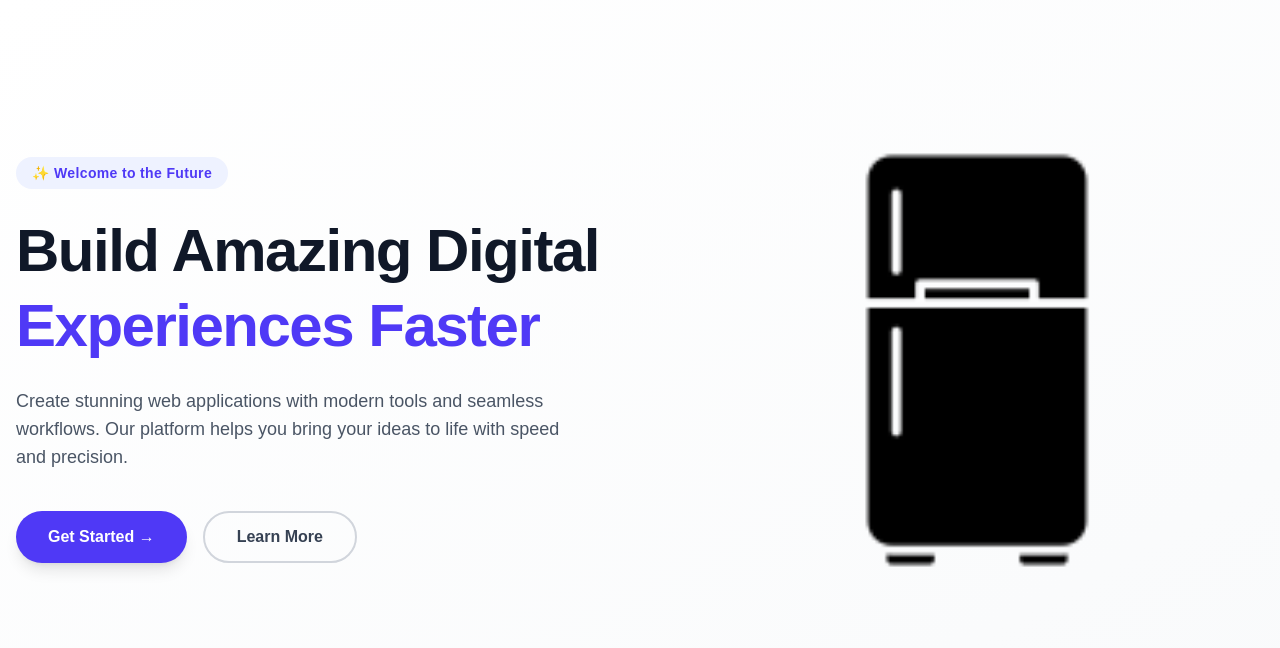
Repository: deepak445566/repai
Page: / (app in repair/)
The author's editor kept a copy of each file at every save. The page is drawn from the files as they stood at one save, then again after the next save.
The browser window is 1280 px wide. The pictures show the whole page.
Some web fonts or font styles are not loaded; a fallback is used. The project was rebuilt for these pictures with package versions that can differ from the ones it lists, and the page was loaded fresh each time. The framework's server and built-in components were replaced by stand-ins that run in the browser. Also part of the build but not shown: repair/next.config.mjs.

Above is the page before, as saved 2026-04-15 11:37:50.

### repair/src/app/layout.js
import { Geist, Geist_Mono, Parkinsans } from "next/font/google";
import "./globals.css";

const geistSans = Geist({
  variable: "--font-geist-sans",
  subsets: ["latin"],
});

const geistMono = Geist_Mono({
  variable: "--font-geist-mono",
  subsets: ["latin"],
});
const parkinsans = Parkinsans({
  subsets: ['latin'],
  weight: ['300', '400', '500', '600', '700', '800'],
  variable: '--font-parkinsans',  // ✅ variable name add kiya
});


export const metadata = {
  title: "Create Next App",
  description: "Generated by create next app",
};

export default function RootLayout({ children }) {
  return (
    <html
      lang="en"
      className={`${geistSans.variable} ${geistMono.variable} ${parkinsans.variable}h-full antialiased`}
    >
      <body className="min-h-full flex flex-col">{children}</body>
    </html>
  );
}

### repair/src/app/page.js
import HeroPage from '@/components/heroPage'
import React from 'react'

function page() {
  return (
   <>
   <HeroPage/>

   </>
  )
}

export default page

### repair/src/app/globals.css
@import "tailwindcss";

:root {
  --background: #ffffff;
  --foreground: #171717;
}

@theme inline {
  --color-background: var(--background);
  --color-foreground: var(--foreground);
  --font-sans: var(--font-geist-sans);
  --font-mono: var(--font-geist-mono);
}

@media (prefers-color-scheme: dark) {
  :root {
    --background: #0a0a0a;
    --foreground: #ededed;
  }
}

body {
  background: var(--background);
  color: var(--foreground);
  font-family: Arial, Helvetica, sans-serif;
}



.park {
  font-family: var(--font-parkinsans);
}

### repair/src/components/heroPage.jsx
import Image from 'next/image';

export default function HeroPage() {
  return (
    <div className="min-h-screen bg-gradient-to-br from-white to-gray-50 flex items-center justify-center px-4 py-12 park">
      <div className="max-w-7xl mx-auto w-full">
        <div className="flex flex-col lg:flex-row items-center gap-12 lg:gap-16">

          {/* Left Section - Content */}
          <div className="flex-1 text-center lg:text-left space-y-6">
            <div className="inline-block px-4 py-1.5 rounded-full bg-indigo-50 text-indigo-600 text-sm font-semibold tracking-wide">
              ✨ Welcome to the Future
            </div>

            <h1 className="text-4xl sm:text-5xl lg:text-6xl font-bold tracking-tight text-gray-900 leading-tight">
              Build Amazing Digital
              <span className="text-indigo-600 block"> Experiences Faster</span>
            </h1>

            <p className="text-lg text-gray-600 max-w-xl mx-auto lg:mx-0">
              Create stunning web applications with modern tools and seamless workflows.
              Our platform helps you bring your ideas to life with speed and precision.
            </p>

            <div className="flex flex-col sm:flex-row gap-4 justify-center lg:justify-start pt-4">
              <button className="px-8 py-3 rounded-full bg-indigo-600 text-white font-semibold shadow-lg hover:bg-indigo-700 transition-all duration-200 transform hover:scale-105">
                Get Started →
              </button>
              <button className="px-8 py-3 rounded-full border-2 border-gray-300 text-gray-700 font-semibold hover:bg-gray-50 transition-all duration-200">
                Learn More
              </button>
            </div>
          </div>

          {/* Right Section - Image - Fixed */}
          <div className="flex-1 flex justify-center lg:justify-end w-full">
            <div className="relative w-full max-w-sm sm:max-w-md lg:max-w-lg">
              <div className="absolute inset-0 rounded-2xl blur-2xl opacity-60 -z-10"></div>
              <div className="relative rounded-2xl overflow-hidden ">
                {/* Yahan size control karo - Simple way */}
                <div className="relative w-[350px] h-[350px] md:w-[450px] md:h-[550px]">
                  <Image
                    src="/images/image.png"
                    alt="Hero Image"
                    fill
                    className="object-contain p-4"
                    priority
                  />
                </div>
              </div>
            </div>
          </div>
        </div>
      </div>
    </div>
  );
}

After the next save:
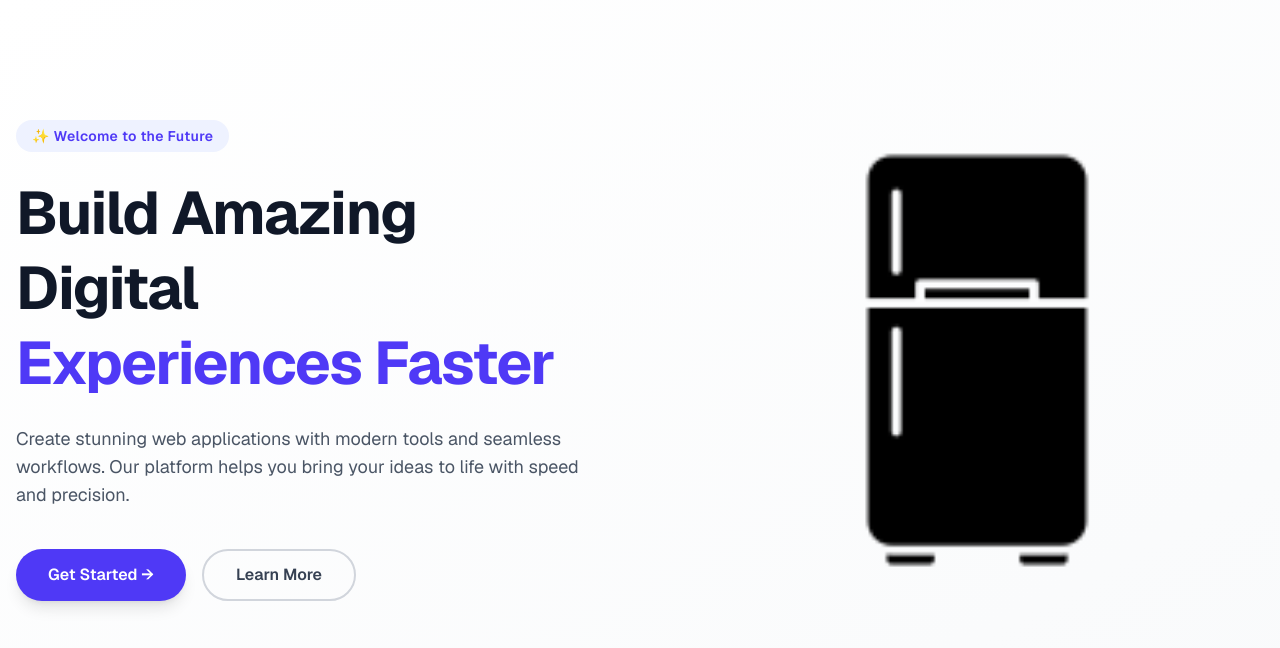
Saved 2 min 5 s later.
--- a/repair/src/app/globals.css
+++ b/repair/src/app/globals.css
@@ -22,7 +22,7 @@
 body {
   background: var(--background);
   color: var(--foreground);
-  font-family: Arial, Helvetica, sans-serif;
+  font-family: var(--font-parkinsans);
 }
 
 
